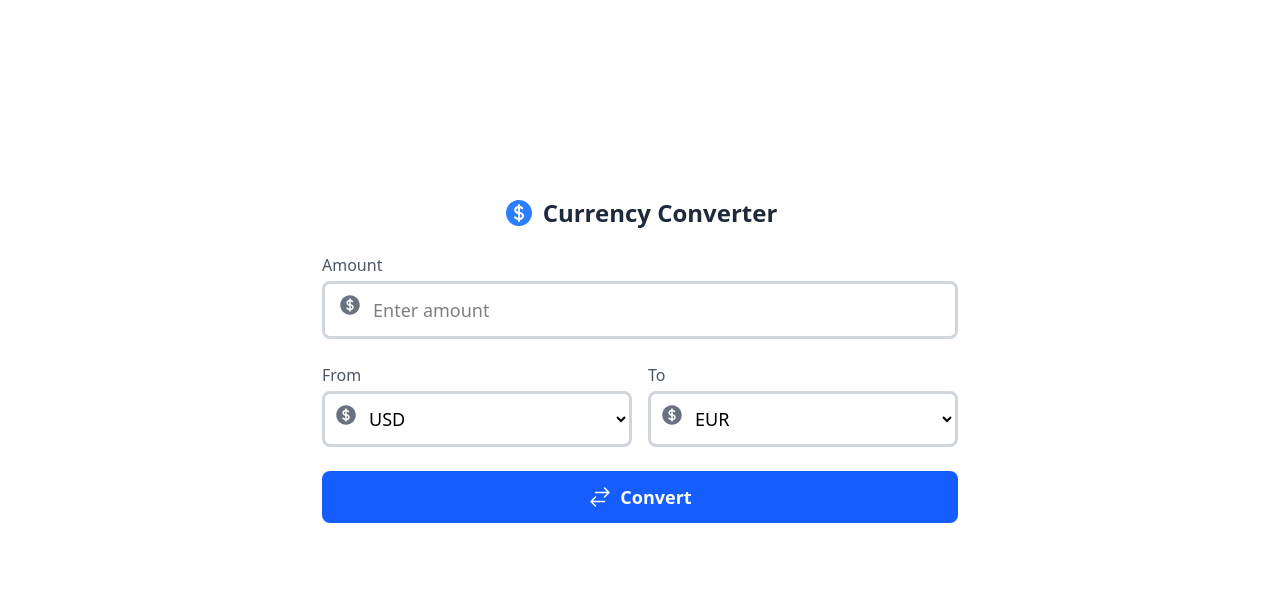
Repository: adrcstro/withcenter_developer_exam
Page: /
These files come from the project's save history. The page is drawn as it stood at one moment and after the next save; the edit follows.
The browser window is 1280 px wide. The pictures show the whole page.
The project was rebuilt for these pictures with package versions that can differ from the ones it lists, and the page was loaded fresh each time. Also part of the build but not shown: vite.config.ts.

Above is the page before, as saved 2025-03-16 19:57:31.

After the next save:
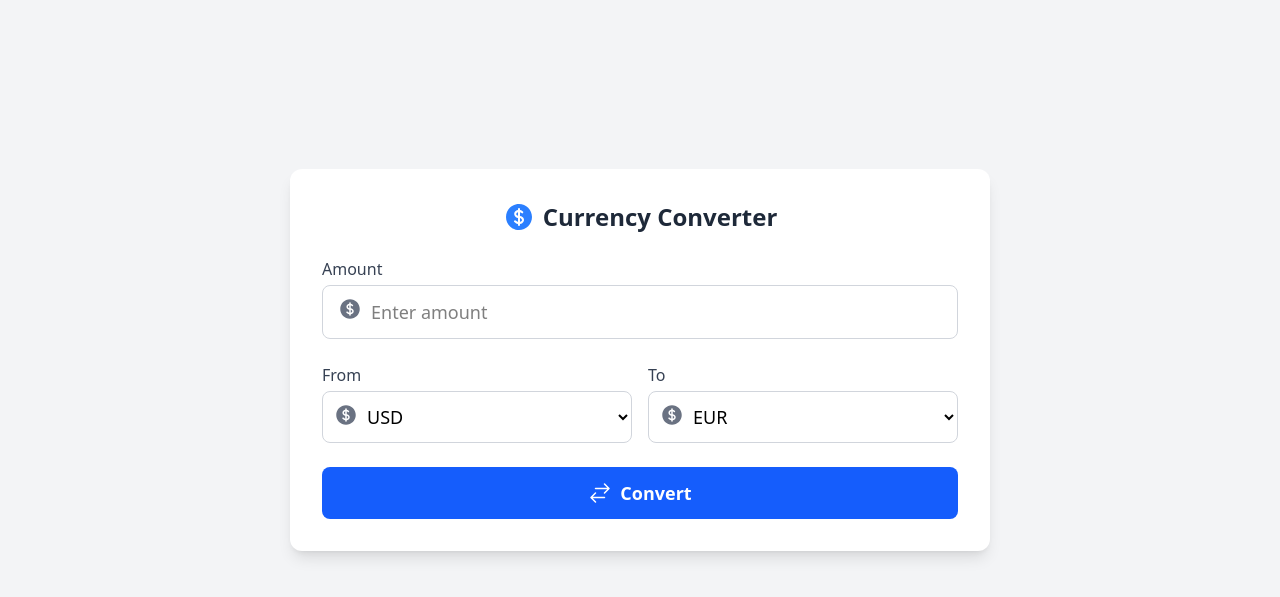
Saved 4 min 49 s later.
--- a/src/App.tsx
+++ b/src/App.tsx
@@ -1,6 +1,5 @@
 import { useState } from "react";
 import { ArrowsRightLeftIcon, CurrencyDollarIcon } from "@heroicons/react/24/solid";
-
 
 const currencies = ["USD", "EUR", "GBP", "JPY", "INR"];
 
@@ -11,14 +10,19 @@
   const [convertedAmount, setConvertedAmount] = useState("");
 
   const handleConvert = () => {
-    // Dummy conversion rate for UI demo
+    if (!amount || isNaN(amount) || parseFloat(amount) <= 0) {
+      alert("Please enter a valid amount.");
+      return;
+    }
+
+    // Dummy conversion rate for UI demonstration
     const rate = 1.1;
     setConvertedAmount((parseFloat(amount) * rate).toFixed(2));
   };
 
   return (
-    <div className="flex items-center justify-center min-h-screen bg-white">
-      <div className="bg-white rounded-xl p-8 w-[700px]">
+    <div className="flex items-center justify-center min-h-screen bg-gray-100">
+      <div className="bg-white shadow-lg rounded-xl p-8 w-[700px]">
         <h2 className="text-2xl font-bold text-gray-800 text-center mb-6 flex items-center justify-center gap-2">
           <CurrencyDollarIcon className="w-8 h-8 text-blue-500" />
           Currency Converter
@@ -26,72 +30,88 @@
 
         {/* Amount Input */}
         <div className="mb-6">
-  <label className="block text-gray-600 text-base font-medium">Amount</label>
-  <div className="relative">
-    <input
-      type="number"
-      value={amount}
-      onChange={(e) => setAmount(e.target.value)}
-      className="w-full mt-1 pl-12 pr-4 py-3 border-3 border-gray-300 rounded-lg text-lg focus:outline-none focus:ring-2 focus:ring-blue-400"
-      placeholder="Enter amount"
-    />
-    <CurrencyDollarIcon className="w-6 h-6 text-gray-500 absolute left-4 top-4" />
-  </div>
-</div>
+          <label className="block text-gray-700 text-base font-medium" htmlFor="amount">
+            Amount
+          </label>
+          <div className="relative">
+            <input
+              id="amount"
+              type="number"
+              value={amount}
+              onChange={(e) => setAmount(e.target.value)}
+              className="w-full mt-1 pl-12 pr-4 py-3 border border-gray-300 rounded-lg text-lg focus:outline-none focus:ring-2 focus:ring-blue-400"
+              placeholder="Enter amount"
+              min="0"
+              step="0.01"
+              aria-label="Amount input"
+            />
+            <CurrencyDollarIcon className="w-6 h-6 text-gray-500 absolute left-4 top-4" />
+          </div>
+        </div>
 
-{/* Currency Selection */}
-<div className="flex gap-4 mb-6">
-  <div className="w-1/2">
-    <label className="block text-gray-600 text-base font-medium">From</label>
-    <div className="relative">
-      <select
-        value={fromCurrency}
-        onChange={(e) => setFromCurrency(e.target.value)}
-        className="w-full mt-1 pl-10 pr-4 py-3 border-3 border-gray-300 rounded-lg text-lg focus:outline-none focus:ring-2 focus:ring-blue-400"
-      >
-        {currencies.map((currency) => (
-          <option key={currency} value={currency}>
-            {currency}
-          </option>
-        ))}
-      </select>
-      <CurrencyDollarIcon className="w-6 h-6 text-gray-500 absolute left-3 top-4" />
-    </div>
-  </div>
+        {/* Currency Selection */}
+        <div className="flex gap-4 mb-6">
+          <div className="w-1/2">
+            <label className="block text-gray-700 text-base font-medium" htmlFor="fromCurrency">
+              From
+            </label>
+            <div className="relative">
+              <select
+                id="fromCurrency"
+                value={fromCurrency}
+                onChange={(e) => setFromCurrency(e.target.value)}
+                className="w-full mt-1 pl-10 pr-4 py-3 border border-gray-300 rounded-lg text-lg focus:outline-none focus:ring-2 focus:ring-blue-400"
+                aria-label="Select source currency"
+              >
+                {currencies.map((currency) => (
+                  <option key={currency} value={currency}>
+                    {currency}
+                  </option>
+                ))}
+              </select>
+              <CurrencyDollarIcon className="w-6 h-6 text-gray-500 absolute left-3 top-4" />
+            </div>
+          </div>
 
-  <div className="w-1/2">
-    <label className="block text-gray-600 text-base font-medium">To</label>
-    <div className="relative">
-      <select
-        value={toCurrency}
-        onChange={(e) => setToCurrency(e.target.value)}
-        className="w-full mt-1 pl-10 pr-4 py-3 border-3 border-gray-300 rounded-lg text-lg focus:outline-none focus:ring-2 focus:ring-blue-400"
-      >
-        {currencies.map((currency) => (
-          <option key={currency} value={currency}>
-            {currency}
-          </option>
-        ))}
-      </select>
-      <CurrencyDollarIcon className="w-6 h-6 text-gray-500 absolute left-3 top-4" />
-    </div>
-  </div>
-</div>
+          <div className="w-1/2">
+            <label className="block text-gray-700 text-base font-medium" htmlFor="toCurrency">
+              To
+            </label>
+            <div className="relative">
+              <select
+                id="toCurrency"
+                value={toCurrency}
+                onChange={(e) => setToCurrency(e.target.value)}
+                className="w-full mt-1 pl-10 pr-4 py-3 border border-gray-300 rounded-lg text-lg focus:outline-none focus:ring-2 focus:ring-blue-400"
+                aria-label="Select target currency"
+              >
+                {currencies.map((currency) => (
+                  <option key={currency} value={currency}>
+                    {currency}
+                  </option>
+                ))}
+              </select>
+              <CurrencyDollarIcon className="w-6 h-6 text-gray-500 absolute left-3 top-4" />
+            </div>
+          </div>
+        </div>
 
         {/* Convert Button */}
         <button
           onClick={handleConvert}
           className="w-full bg-blue-600 hover:bg-blue-700 text-white text-lg font-semibold py-3 rounded-lg flex items-center justify-center gap-2 transition duration-300"
+          aria-label="Convert currency"
         >
           <ArrowsRightLeftIcon className="w-6 h-6" />
           Convert
         </button>
 
-        {/* Converted Amount */}
+        {/* Converted Amount Display */}
         {convertedAmount && (
-          <div className="mt-6 text-center">
-            <p className="text-gray-800 text-xl">
-              {amount} {fromCurrency} = <span className="font-bold text-green-600">{convertedAmount} {toCurrency}</span>
+          <div className="mt-6 text-center bg-gray-50 p-4 rounded-lg shadow-sm">
+            <p className="text-gray-800 text-xl font-medium">
+              {amount} {fromCurrency} =
+              <span className="font-bold text-green-600"> {convertedAmount} {toCurrency}</span>
             </p>
           </div>
         )}

After the save that followed:
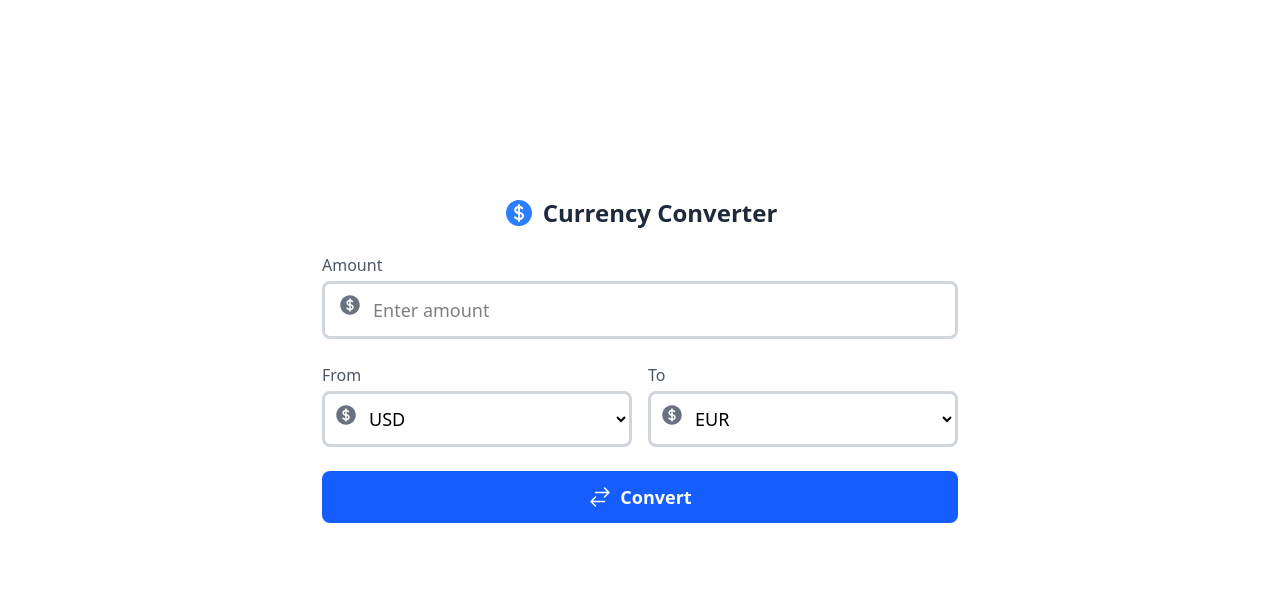
Saved 33 s later.
--- a/src/App.tsx
+++ b/src/App.tsx
@@ -1,5 +1,6 @@
 import { useState } from "react";
 import { ArrowsRightLeftIcon, CurrencyDollarIcon } from "@heroicons/react/24/solid";
+
 
 const currencies = ["USD", "EUR", "GBP", "JPY", "INR"];
 
@@ -10,19 +11,14 @@
   const [convertedAmount, setConvertedAmount] = useState("");
 
   const handleConvert = () => {
-    if (!amount || isNaN(amount) || parseFloat(amount) <= 0) {
-      alert("Please enter a valid amount.");
-      return;
-    }
-
-    // Dummy conversion rate for UI demonstration
+    // Dummy conversion rate for UI demo
     const rate = 1.1;
     setConvertedAmount((parseFloat(amount) * rate).toFixed(2));
   };
 
   return (
-    <div className="flex items-center justify-center min-h-screen bg-gray-100">
-      <div className="bg-white shadow-lg rounded-xl p-8 w-[700px]">
+    <div className="flex items-center justify-center min-h-screen bg-white">
+      <div className="bg-white rounded-xl p-8 w-[700px]">
         <h2 className="text-2xl font-bold text-gray-800 text-center mb-6 flex items-center justify-center gap-2">
           <CurrencyDollarIcon className="w-8 h-8 text-blue-500" />
           Currency Converter
@@ -30,88 +26,72 @@
 
         {/* Amount Input */}
         <div className="mb-6">
-          <label className="block text-gray-700 text-base font-medium" htmlFor="amount">
-            Amount
-          </label>
-          <div className="relative">
-            <input
-              id="amount"
-              type="number"
-              value={amount}
-              onChange={(e) => setAmount(e.target.value)}
-              className="w-full mt-1 pl-12 pr-4 py-3 border border-gray-300 rounded-lg text-lg focus:outline-none focus:ring-2 focus:ring-blue-400"
-              placeholder="Enter amount"
-              min="0"
-              step="0.01"
-              aria-label="Amount input"
-            />
-            <CurrencyDollarIcon className="w-6 h-6 text-gray-500 absolute left-4 top-4" />
-          </div>
-        </div>
+  <label className="block text-gray-600 text-base font-medium">Amount</label>
+  <div className="relative">
+    <input
+      type="number"
+      value={amount}
+      onChange={(e) => setAmount(e.target.value)}
+      className="w-full mt-1 pl-12 pr-4 py-3 border-3 border-gray-300 rounded-lg text-lg focus:outline-none focus:ring-2 focus:ring-blue-400"
+      placeholder="Enter amount"
+    />
+    <CurrencyDollarIcon className="w-6 h-6 text-gray-500 absolute left-4 top-4" />
+  </div>
+</div>
 
-        {/* Currency Selection */}
-        <div className="flex gap-4 mb-6">
-          <div className="w-1/2">
-            <label className="block text-gray-700 text-base font-medium" htmlFor="fromCurrency">
-              From
-            </label>
-            <div className="relative">
-              <select
-                id="fromCurrency"
-                value={fromCurrency}
-                onChange={(e) => setFromCurrency(e.target.value)}
-                className="w-full mt-1 pl-10 pr-4 py-3 border border-gray-300 rounded-lg text-lg focus:outline-none focus:ring-2 focus:ring-blue-400"
-                aria-label="Select source currency"
-              >
-                {currencies.map((currency) => (
-                  <option key={currency} value={currency}>
-                    {currency}
-                  </option>
-                ))}
-              </select>
-              <CurrencyDollarIcon className="w-6 h-6 text-gray-500 absolute left-3 top-4" />
-            </div>
-          </div>
+{/* Currency Selection */}
+<div className="flex gap-4 mb-6">
+  <div className="w-1/2">
+    <label className="block text-gray-600 text-base font-medium">From</label>
+    <div className="relative">
+      <select
+        value={fromCurrency}
+        onChange={(e) => setFromCurrency(e.target.value)}
+        className="w-full mt-1 pl-10 pr-4 py-3 border-3 border-gray-300 rounded-lg text-lg focus:outline-none focus:ring-2 focus:ring-blue-400"
+      >
+        {currencies.map((currency) => (
+          <option key={currency} value={currency}>
+            {currency}
+          </option>
+        ))}
+      </select>
+      <CurrencyDollarIcon className="w-6 h-6 text-gray-500 absolute left-3 top-4" />
+    </div>
+  </div>
 
-          <div className="w-1/2">
-            <label className="block text-gray-700 text-base font-medium" htmlFor="toCurrency">
-              To
-            </label>
-            <div className="relative">
-              <select
-                id="toCurrency"
-                value={toCurrency}
-                onChange={(e) => setToCurrency(e.target.value)}
-                className="w-full mt-1 pl-10 pr-4 py-3 border border-gray-300 rounded-lg text-lg focus:outline-none focus:ring-2 focus:ring-blue-400"
-                aria-label="Select target currency"
-              >
-                {currencies.map((currency) => (
-                  <option key={currency} value={currency}>
-                    {currency}
-                  </option>
-                ))}
-              </select>
-              <CurrencyDollarIcon className="w-6 h-6 text-gray-500 absolute left-3 top-4" />
-            </div>
-          </div>
-        </div>
+  <div className="w-1/2">
+    <label className="block text-gray-600 text-base font-medium">To</label>
+    <div className="relative">
+      <select
+        value={toCurrency}
+        onChange={(e) => setToCurrency(e.target.value)}
+        className="w-full mt-1 pl-10 pr-4 py-3 border-3 border-gray-300 rounded-lg text-lg focus:outline-none focus:ring-2 focus:ring-blue-400"
+      >
+        {currencies.map((currency) => (
+          <option key={currency} value={currency}>
+            {currency}
+          </option>
+        ))}
+      </select>
+      <CurrencyDollarIcon className="w-6 h-6 text-gray-500 absolute left-3 top-4" />
+    </div>
+  </div>
+</div>
 
         {/* Convert Button */}
         <button
           onClick={handleConvert}
           className="w-full bg-blue-600 hover:bg-blue-700 text-white text-lg font-semibold py-3 rounded-lg flex items-center justify-center gap-2 transition duration-300"
-          aria-label="Convert currency"
         >
           <ArrowsRightLeftIcon className="w-6 h-6" />
           Convert
         </button>
 
-        {/* Converted Amount Display */}
+        {/* Converted Amount */}
         {convertedAmount && (
-          <div className="mt-6 text-center bg-gray-50 p-4 rounded-lg shadow-sm">
-            <p className="text-gray-800 text-xl font-medium">
-              {amount} {fromCurrency} =
-              <span className="font-bold text-green-600"> {convertedAmount} {toCurrency}</span>
+          <div className="mt-6 text-center">
+            <p className="text-gray-800 text-xl">
+              {amount} {fromCurrency} = <span className="font-bold text-green-600">{convertedAmount} {toCurrency}</span>
             </p>
           </div>
         )}
